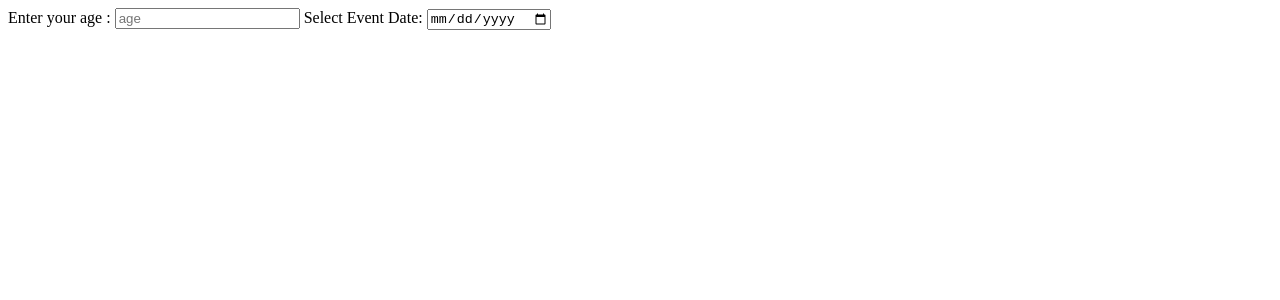
Repository: sristigupta04/basic-js-project
Page: age calculator/age.html
The author's editor kept a copy of each file at every save. The page is drawn from the files as they stood at one save, then again after the next save.
The browser window is 1280 px wide. The pictures show the whole page.

Above is the page before, as saved 2025-11-07 14:52:59.

After the next save:
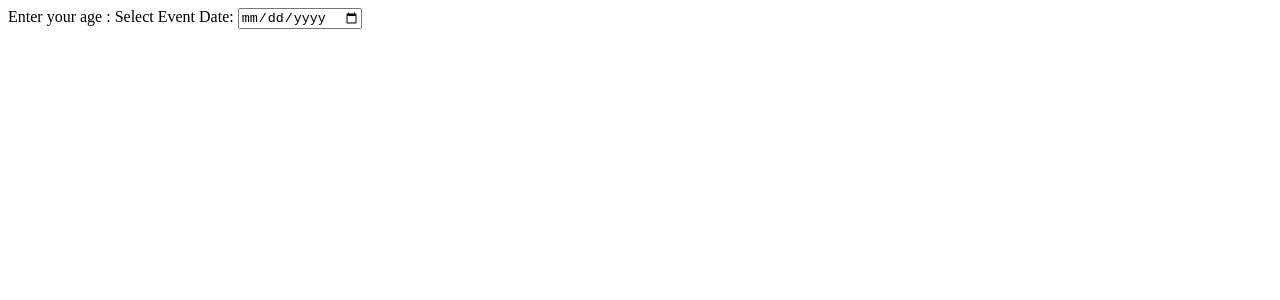
Saved 13 s later.
--- a/age calculator/age.html
+++ b/age calculator/age.html
@@ -7,7 +7,6 @@
 </head>
 <body>
     <label for="user">Enter  your age :</label>
-    <input type="text" id="user" placeholder="age" />
     <label for="eventDate">Select Event Date:</label>
 <input type="date" id="eventDate" name="eventDate">
 </body>
